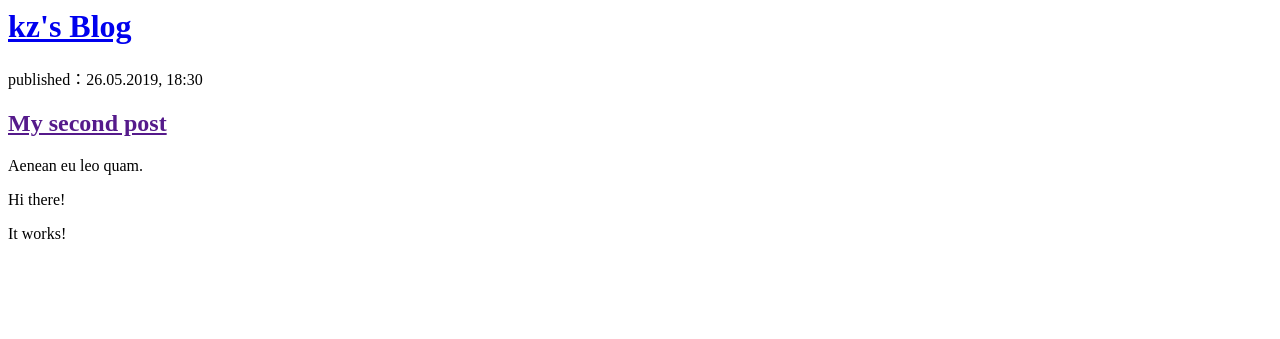
Repository: harakzi/my_second_blog
Page: blog/templates/blog/post_list.html
The author's editor kept a copy of each file at every save. The page is drawn from the files as they stood at one save, then again after the next save.
The browser window is 1280 px wide. The pictures show the whole page.

Above is the page before, as saved 2019-05-26 09:33:25.

### blog/templates/blog/post_list.html
<html>
	<head>
		<title>kz's blog</title>
	</head>
	<body>
		<div>
			<h1><a href="/">kz's Blog</a></h1>
		</div>

		<div>
			<p>published：26.05.2019, 18:30</p>
			<h2><a href="">My second post</a></h2>
			<p>Aenean eu leo quam.</p>
		</div>

	    <p>Hi there!</p>
	    <p>It works!</p>
	</body>
</html>

After the next save:
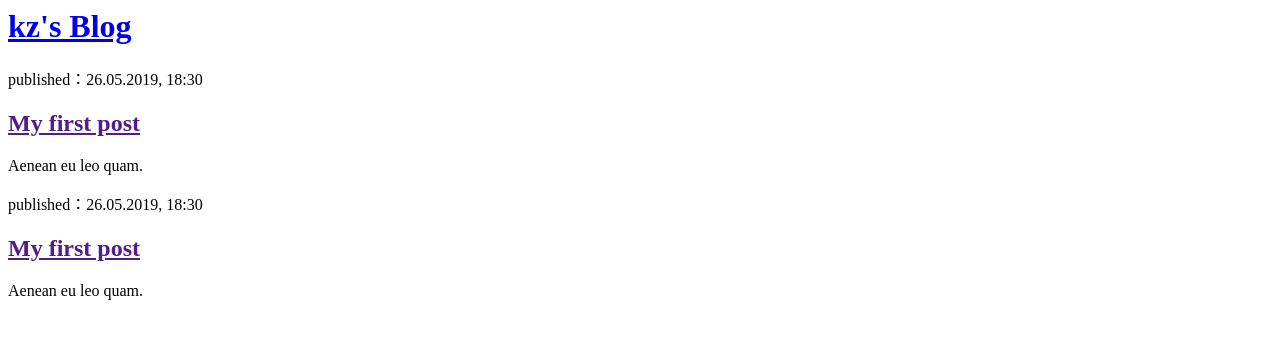
Saved 23 s later.
--- a/blog/templates/blog/post_list.html
+++ b/blog/templates/blog/post_list.html
@@ -9,11 +9,14 @@
 
 		<div>
 			<p>published：26.05.2019, 18:30</p>
-			<h2><a href="">My second post</a></h2>
+			<h2><a href="">My first post</a></h2>
 			<p>Aenean eu leo quam.</p>
 		</div>
 
-	    <p>Hi there!</p>
-	    <p>It works!</p>
+	    <div>
+			<p>published：26.05.2019, 18:30</p>
+			<h2><a href="">My first post</a></h2>
+			<p>Aenean eu leo quam.</p>
+		</div>
 	</body>
 </html>
